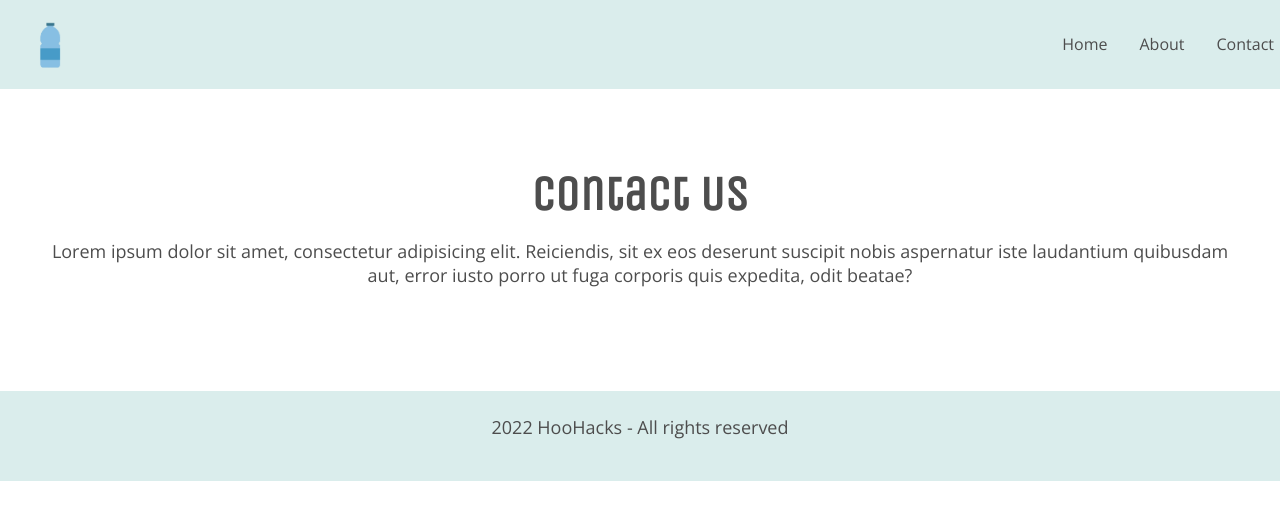
Repository: jennyjjung/H2ODaily
Page: contact.html
The author's editor kept a copy of each file at every save. The page is drawn from the files as they stood at one save, then again after the next save.
The browser window is 1280 px wide. The pictures show the whole page.

Above is the page before, as saved 2022-03-26 19:46:15.

After the next save:
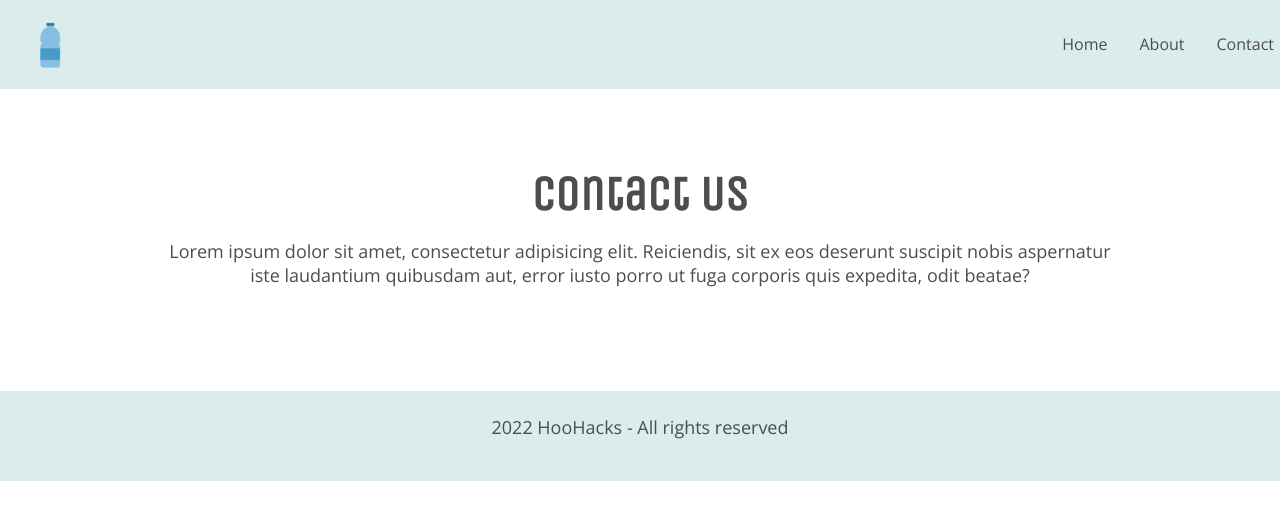
Saved 34 s later.
--- a/contact.html
+++ b/contact.html
@@ -25,10 +25,12 @@
 
   <section id="contact">
     <h1>Contact Us</h1>
-    <p>
-      Lorem ipsum dolor sit amet, consectetur adipisicing elit. Reiciendis, sit ex eos deserunt suscipit nobis
-      aspernatur iste laudantium quibusdam aut, error iusto porro ut fuga corporis quis expedita, odit beatae?
-    </p>
+    <div class="contact__content">
+      <p>
+        Lorem ipsum dolor sit amet, consectetur adipisicing elit. Reiciendis, sit ex eos deserunt suscipit nobis
+        aspernatur iste laudantium quibusdam aut, error iusto porro ut fuga corporis quis expedita, odit beatae?
+      </p>
+    </div>
   </section>
 
   <section id="bottom">
